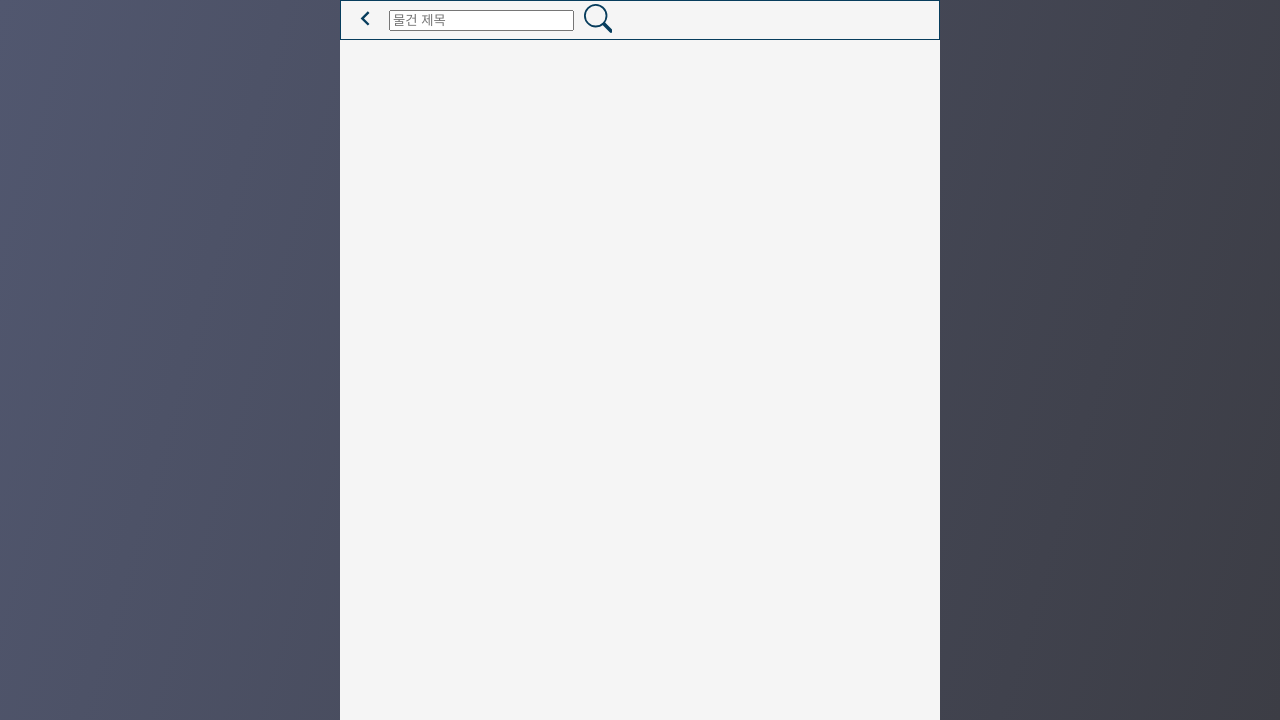
Repository: SeungYn/hanium
Page: /trade/search
The author's editor kept a copy of each file at every save. The page is drawn from the files as they stood at one save, then again after the next save.
The browser window is 1280 px wide. The pictures show the whole page.
The project was rebuilt for these pictures with package versions that can differ from the ones it lists, and the page was loaded fresh each time. Also part of the build but not shown: src/App.css, src/components/Chat/ChatHeader/ChatHeader.module.css, src/components/Chat/ChatHeader/ChatHeader.jsx, src/components/Chat/ChatPeoples/ChatPeoples.jsx, src/components/Chat/ChatSideBar/ChatSideBar.module.css, src/components/Chat/ChatSideBar/ChatSideBar.jsx, src/components/ReadPopup/ReadPopup.module.css, src/components/ReadPopup/ReadPopup.jsx and 38 more.

Above is the page before, as saved 2022-11-21 18:07:50.

After the next save:
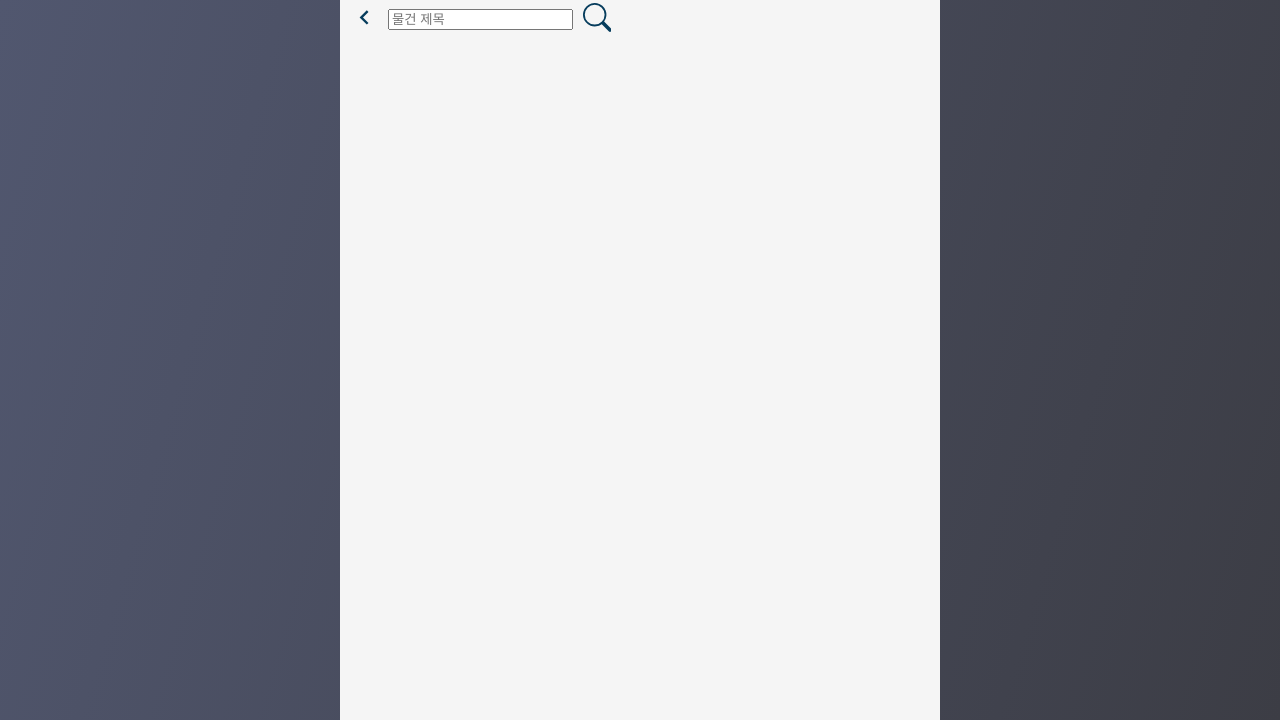
Saved 2 h 11 min later.
--- a/src/pages/TradeSearchPage/TradeSearchPage.module.css
+++ b/src/pages/TradeSearchPage/TradeSearchPage.module.css
@@ -1,5 +1,6 @@
 .inputForm {
   display: flex;
   align-items: center;
-  border: 1px solid var(--color-main);
+
+  margin: 0.4rem var;
 }
